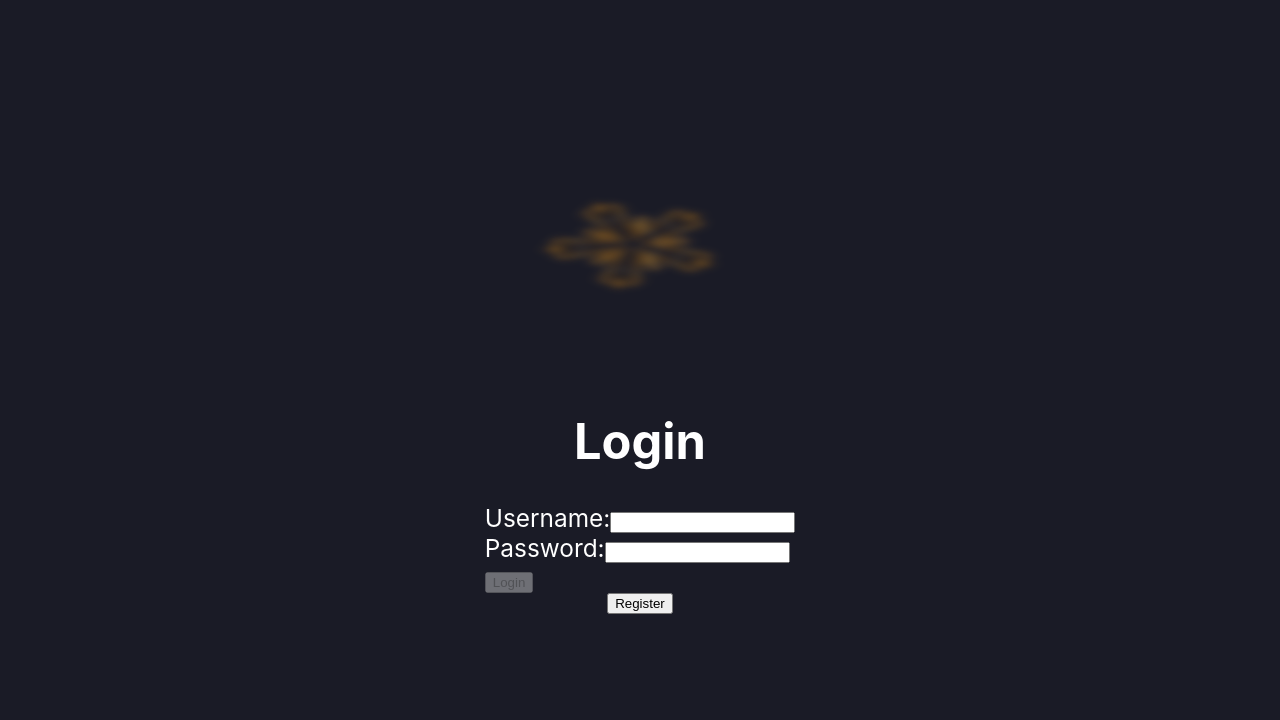
Repository: iMlearnDinG/react-app-v2
Page: /
The author's editor kept a copy of each file at every save. The page is drawn from the files as they stood at one save, then again after the next save.
The browser window is 1280 px wide. The pictures show the whole page.
The page's requests for data from a server got no answer. The project was rebuilt for these pictures with package versions that can differ from the ones it lists, and the page was loaded fresh each time. No one was signed in, and anything a server would have sent is missing. Also part of the build but not shown: src/components/Register.js, src/components/Lobby.js, src/components/Game.js, src/components/Menu.js. Imported but missing from the stored project, and not drawn on this page: src/media/video.mp4.

Above is the page before, as saved 2023-07-19 02:44:21.

### src/index.js
import React from 'react';
import ReactDOM from 'react-dom/client';
import './index.css';
import App from './App';
import reportWebVitals from './reportWebVitals';

ReactDOM.createRoot(document.getElementById('root')).render(
  <React.StrictMode>
    <App />
  </React.StrictMode>,
);

// If you want to start measuring performance in your app, pass a function
// to log results (for example: reportWebVitals(console.log))
// or send to an analytics endpoint. Learn more: https://bit.ly/CRA-vitals
reportWebVitals();

### src/App.js
import React, { useContext, useEffect } from 'react';
import { BrowserRouter as Router, Routes, Route, useNavigate } from 'react-router-dom';
import { AuthProvider, AuthContext } from './config/AuthContext';
import Login from './components/Login';
import Register from './components/Register';
import Lobby from './components/Lobby';
import Game from './components/Game';
import Menu from './components/Menu';
import SessionRenewal from './SessionRenewal';

function PrivateRoute({ children }) {
  const { user, loading } = useContext(AuthContext);
  const navigate = useNavigate();

  useEffect(() => {
    if (!loading && !user) {
      navigate('/login', { replace: true });
    }
  }, [loading, user, navigate]);

  if (loading) {
    return <div>Loading...</div>;
  }

  if (!user) {
    return null;
  }

  return children;
}

function App() {
  return (
    <Router>
      <div className="App">
        <AuthProvider>
          <Routes>
            <Route path="/" element={<Login />} />
            <Route path="/login" element={<Login />} />
            <Route path="/register" element={<Register />} />
            <Route path="/lobby" element={<PrivateRoute><Lobby /></PrivateRoute>} />
            <Route path="/game" element={<PrivateRoute><Game /></PrivateRoute>} />
            <Route path="/menu" element={<PrivateRoute><Menu /></PrivateRoute>} />
          </Routes>
        </AuthProvider>
      </div>
    </Router>
  );
}

export default SessionRenewal(App);

### src/config/AuthContext.js
import React, { createContext, useState, useEffect } from 'react';

export const AuthContext = createContext();

export function AuthProvider({ children }) {
  const [user, setUser] = useState(null);
  const [loading, setLoading] = useState(true);

  useEffect(() => {
    // Fetch the current user from the server and update state
    const fetchUser = async () => {
      const response = await fetch(`${process.env.REACT_APP_API_BASE_URL}/auth`, {
        credentials: 'include',
      });
      const data = await response.json();
      if (data.success) {
        setUser(data.data.user);
      }
      setLoading(false);
    };
    fetchUser();
  }, []);

  const value = { user, setUser, loading };

  return <AuthContext.Provider value={value}>{children}</AuthContext.Provider>;
}

### src/components/Login.js
import React, { useState, useContext } from 'react';
import { useNavigate } from 'react-router-dom';
import { AuthContext } from '../config/AuthContext';
import "../css/login.css";
import loginImage0 from "../media/login-image.png";
import loginImage1 from "../media/login-image1.png";
import backgroundVideo from "../media/video.mp4";

function Login() {
  const navigate = useNavigate();
  const { setUser } = useContext(AuthContext);
  const [username, setUsername] = useState('');
  const [password, setPassword] = useState('');
  const [isSubmitting, setIsSubmitting] = useState(false);
  const [error, setError] = useState(null);

  const handleSubmit = async (e) => {
    e.preventDefault();
    setIsSubmitting(true);
    setError(null);

    const response = await fetch(`${process.env.REACT_APP_API_BASE_URL}/login`, {
      method: 'POST',
      headers: { 'Content-Type': 'application/json' },
      body: JSON.stringify({ username, password }),
      credentials: 'include',
    });

    const data = await response.json();
    setIsSubmitting(false);
    if (data.success) {
      setUser(data.data.user);
      navigate('/menu');
    } else {
      setError(data.error);
    }
  };


  const handleInputChange = async (e) => {
    const { name, value } = e.target;
    if (name === 'username') {
      setUsername(value);
    } else if (name === 'password') {
      setPassword(value);
    }
  };

  const isFormValid = username !== '' && password !== '';

  const handleRegisterClick = async () => {
    navigate('/register');
  };

  return (
    <div className="login-header">
      <img id="login-image0" src={loginImage0} alt="Login" className="login-image0" />
      <h1>Login</h1>
      {error && <p>{error}</p>}
      <form onSubmit={handleSubmit}>
        <div>
          <label htmlFor="username">Username:</label>
          <input
            type="text"
            id="username"
            name="username"
            value={username}
            onChange={handleInputChange}
          />
        </div>
        <div>
          <label htmlFor="password">Password:</label>
          <input
            type="password"
            id="password"
            name="password"
            value={password}
            onChange={handleInputChange}
          />
        </div>
        <button type="submit" disabled={!isFormValid || isSubmitting}>
          Login
        </button>
      </form>
      <button onClick={handleRegisterClick}>Register</button>
    </div>
  );
}

export default Login;

### src/SessionRenewal.js
import React, { useEffect, useRef } from 'react';

function SessionRenewal(WrappedComponent) {
  return function WrappedWithSessionRenewal(props) {
    const activityDetected = useRef(false);

    useEffect(() => {
      let timeoutId;

      const renewSession = () => {
        fetch('/api/renew-session', {
          method: 'POST',
          credentials: 'include', // Include cookies in the request
        })
        .then(res => res.json())
        .then((data) => {
          if (!data.success) {
            console.error('Session renewal failed:', data.error);
          }
        })
        .catch((error) => {
          console.error('Error:', error);
        });
      };

      const resetTimeout = () => {
        console.log('User activity detected');
        if (timeoutId) {
          clearTimeout(timeoutId);
        }
        timeoutId = setTimeout(renewSession, 1); // 5 minutes
      };

      const activityHandler = () => {
        activityDetected.current = true;
      };

      window.addEventListener('mousemove', activityHandler);
      window.addEventListener('keydown', activityHandler);
      window.addEventListener('click', activityHandler);
      window.addEventListener('input', activityHandler);

      const intervalId = setInterval(() => {
        if (activityDetected.current) {
          resetTimeout();
          activityDetected.current = false;
        }
      }, 225000);

      return () => {
        window.removeEventListener('mousemove', activityHandler);
        window.removeEventListener('keydown', activityHandler);
        window.removeEventListener('click', activityHandler);
        window.removeEventListener('input', activityHandler);
        clearTimeout(timeoutId);
        clearInterval(intervalId);
      };
    }, []);

    return <WrappedComponent {...props} />;
  };
}

export default SessionRenewal;

### src/css/login.css
.login-header {
    background-color: rgb(26, 27, 38);
    min-height: 100vh;
    display: flex;
    flex-direction: column;
    align-items: center;
    justify-content: center;
    font-size: calc(10px + 2vmin);
    color: white;
    overflow: hidden;
  }


  .login-image0 {
    width: 35vh;
    margin-bottom: 1vh;
    opacity: 1;
    animation: rotateBack 14s;
    animation-fill-mode: forwards;
    transform-style: preserve-3d;
    transform: rotateX(360deg) rotateY(360deg) rotateZ(360deg);
    transition-duration: 3s;
    filter: blur(0);
    margin-top: 2vh;
    overflow: hidden;
  }

  .login-image0.fade-in {
    opacity: 1;
  }

  .login-image0:hover {
    filter: blur(10px);
  }

  .login-image0:hover::before {
    opacity: 1;
  }

  .login-image0::before {
    content: '';
    position: relative;
    top: 0;
    left: 0;
    width: 100%;
    height: 100%;
    background: rgba(0, 0, 0, 0.2);
    pointer-events: none;
    transition-duration: 5s;
    opacity: 0;
  }

  @keyframes rotateBack {
    0% {
      opacity: 0;
      transform: rotateX(180deg) rotateY(0deg) rotateZ(360deg) scale(0.1);
      perspective: 25px;
      filter: blur(25px);
    }
    100% {
      opacity: 1;
      transform: rotateX(0deg) rotateY(0deg) rotateZ(0deg) scale(1);
      perspective: 0px;
    }
  }

Loaded but not shown: public/index.html (common file); src/index.css (common file); src/reportWebVitals.js (common file)

After the next save:
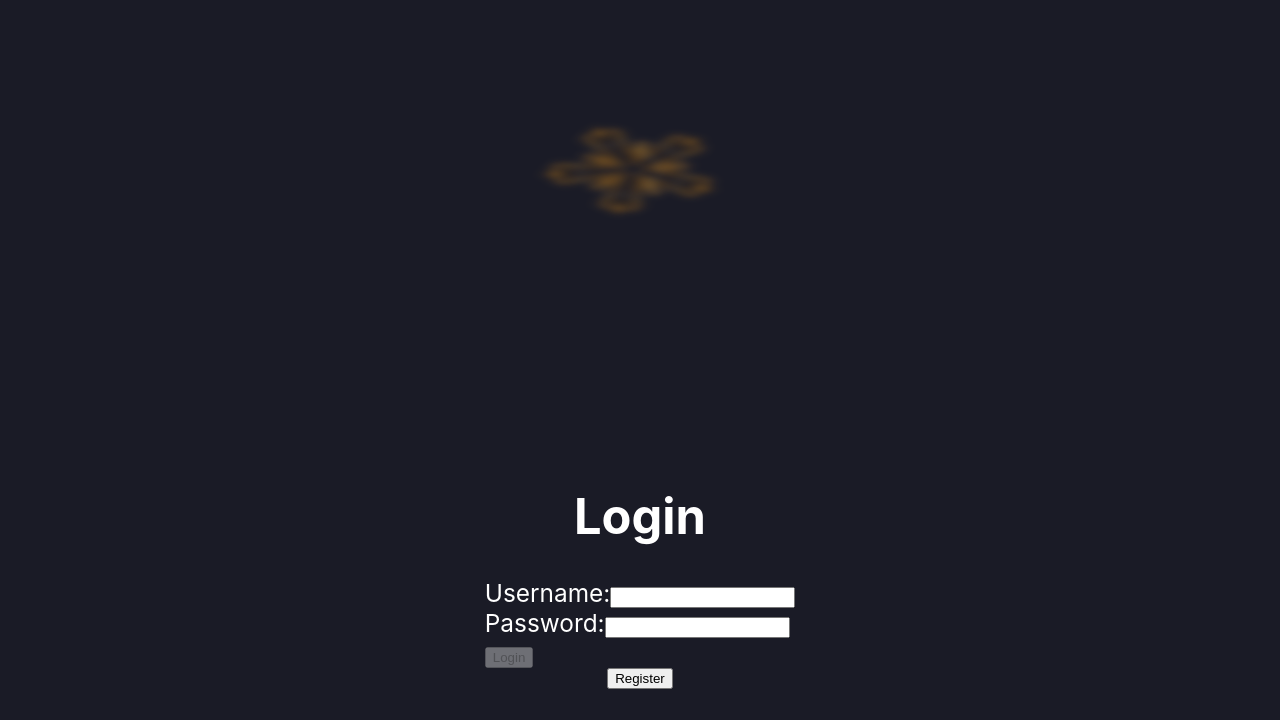
Saved 69 s later.
--- a/src/components/Login.js
+++ b/src/components/Login.js
@@ -55,6 +55,7 @@ function Login() {
   return (
     <div className="login-header">
       <img id="login-image0" src={loginImage0} alt="Login" className="login-image0" />
+      <video id="background-video" className="background-video" autoPlay loop muted playsInline></video>
       <h1>Login</h1>
       {error && <p>{error}</p>}
       <form onSubmit={handleSubmit}>
